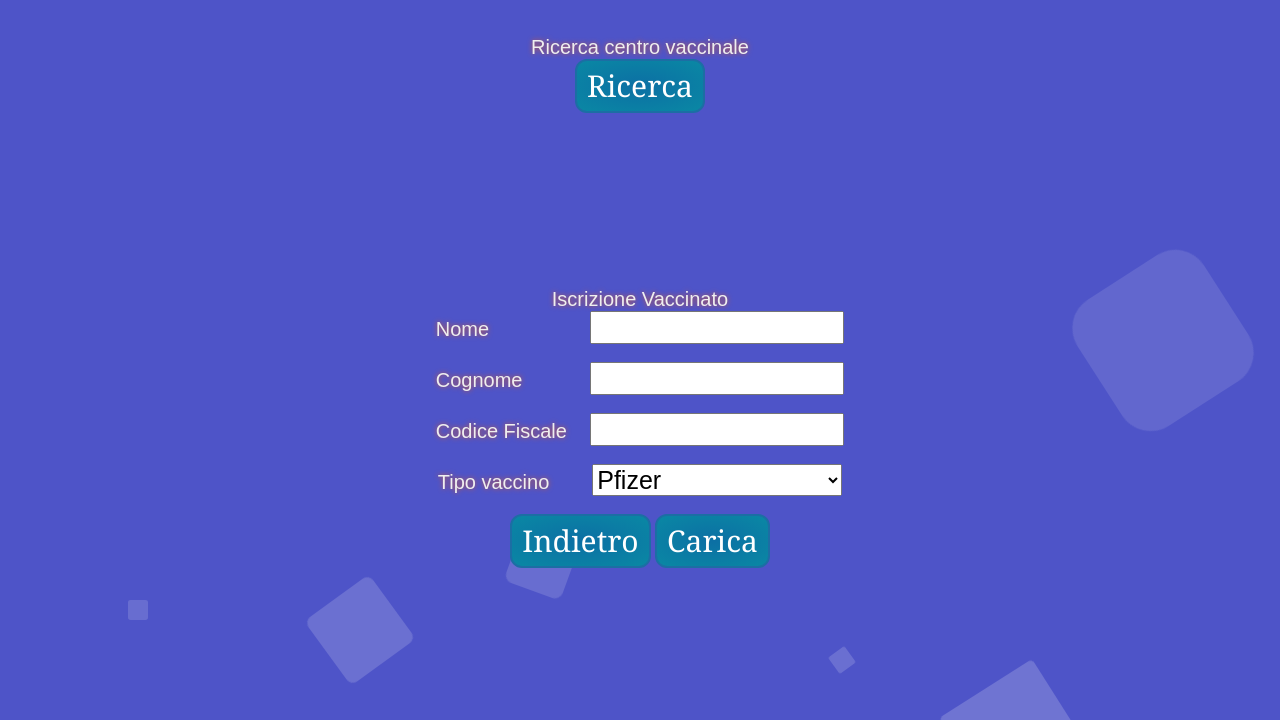
Repository: Jok98/CentriVaccinaliWebApp
Page: http://localhost/CentriVaccinaliOperatori/iscrizionevaccinato.jsp
An editor plug-in stored every save of this project. The page is shown before and after the next save, followed by the edit.
The browser window is 1280 px wide. The pictures show the whole page.
Some web fonts or font styles are not loaded; a fallback is used. The page is served by Tomcat 9.

Above is the page before, as saved 2022-09-24 17:45:20.

After the next save:
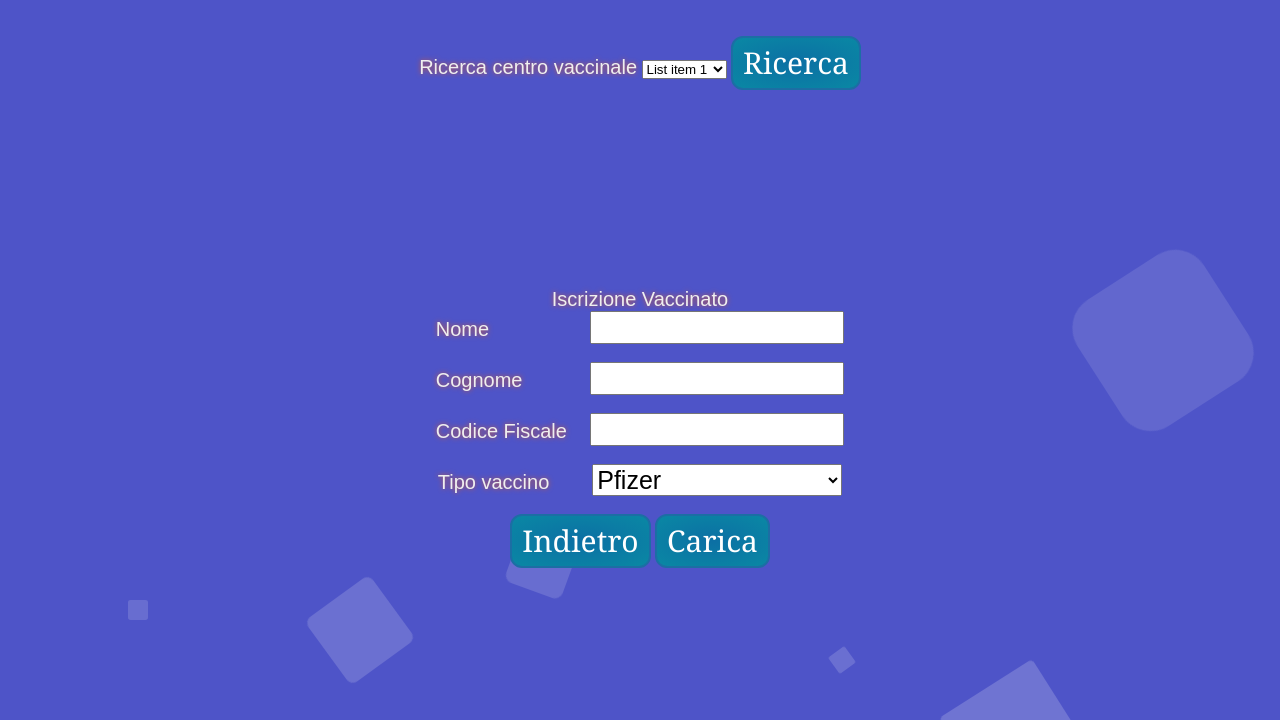
Saved 119 s later.
--- a/CentriVaccinaliOperatori/src/main/webapp/iscrizionevaccinato.jsp
+++ b/CentriVaccinaliOperatori/src/main/webapp/iscrizionevaccinato.jsp
@@ -26,7 +26,12 @@
 		<div class="reserch" align="center" >
 		<form action="" >
 		<a class="text">Ricerca centro vaccinale</a>
-		<br>
+		<select Name="Name_of_list_box" Size="Number_of_options">
+				<option>List item 1</option>
+				<option>List item 2</option>
+				<option>List item 3</option>
+				<option>List item N</option>
+		</select>
 		<button class="button" type="submit">Ricerca</button>
 	</form>
 	</div>
